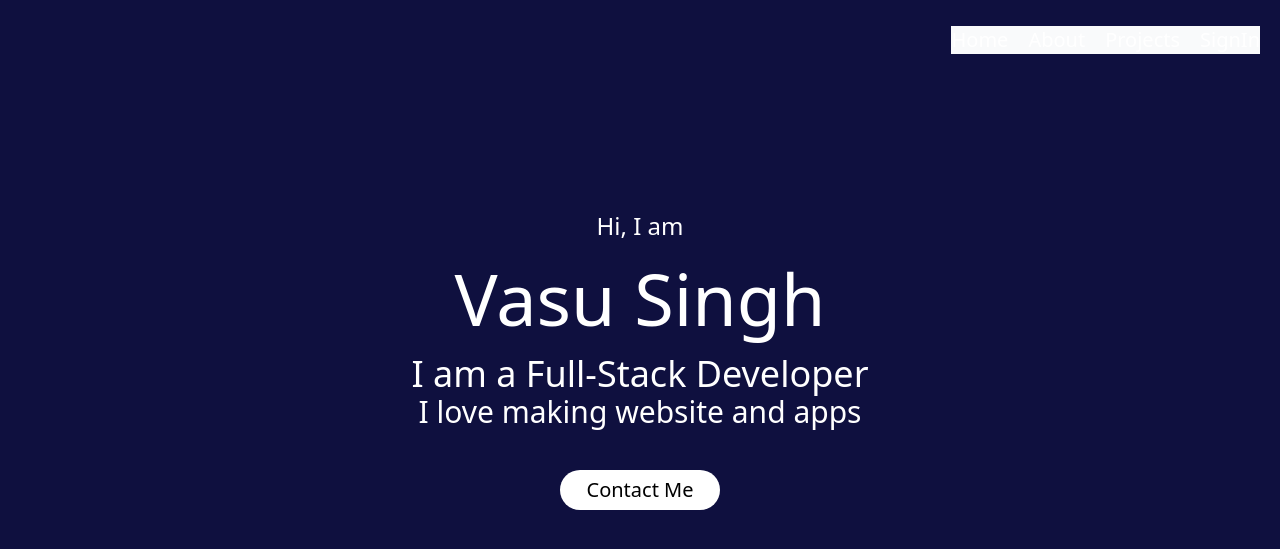
Repository: vasucp1207/vasuDev
Page: /
These files come from the project's save history. The page is drawn as it stood at one moment and after a run of saves; the edit follows.
The browser window is 1280 px wide. The pictures show the whole page.
The project was rebuilt for these pictures with package versions that can differ from the ones it lists, and the page was loaded fresh each time. The framework's server and built-in components were replaced by stand-ins that run in the browser. Also part of the build but not shown: next.config.js.

Above is the page before, as saved 2022-07-17 23:24:55.

### pages/index.tsx
import type { NextPage } from 'next'
import Head from 'next/head'
import Hero from './Hero'
import Navbar from './Navbar'

const Home: NextPage = () => {
  return (
    <div className="p-0 m-0 bg-darkB text-white">
      <Head>
        <title>Create Next App</title>
      </Head>

      <Navbar />
      <Hero />
    </div>
  )
}

export default Home

### pages/Hero.tsx
import React from 'react'

function Hero() {
  return (
    <div className='h-screen bg-darkB'>
        <div className='text-white flex flex-col justify-center items-center h-screen'>
            <p className='text-2xl'>Hi, I am</p>
            <h1 className='mt-5 text-7xl'>Vasu Singh</h1>
            <h3 className='mt-5 text-4xl'>I am a Full-Stack Developer</h3>
            <h4 className='text-3xl'>I love making website and apps</h4>
            <button className='hover:text-white transition-all 200 hover:bg-green-400 mt-10 bg-white text-black h-10 w-40 outline-none rounded-full text-xl'>Contact Me</button>
        </div>
    </div>
  )
}

export default Hero

### pages/Navbar.tsx
import React from 'react'

function Navbar() {
  return (
    <div className='h-20 w-screen absolute bg-transparent flex justify-end items-center group'>
        <div className='flex space-x-5 text-xl font-normal mr-5 group-hover:bg-gray-50'>
            <p className=''>Home</p>
            <p className='group-hover:bg-gray-50'>About</p>
            <p className='group-hover:bg-gray-50'>Projects</p>
            <p className='group-hover:bg-gray-50'>SignIn</p>
        </div>
    </div>
  )
}

export default Navbar

### tailwind.config.js
/** @type {import('tailwindcss').Config} */
module.exports = {
  content: [
    './pages/**/*.{js,ts,jsx,tsx}',
    './components/**/*.{js,ts,jsx,tsx}',
  ],
  theme: {
    extend: {
      colors: {
        darkB: 'rgba(15, 16, 63, 1)'
      }
    },
  },
  plugins: [],
}

Loaded but not shown: pages/_app.tsx (common file); styles/globals.css (common file)

After the next 2 saves:
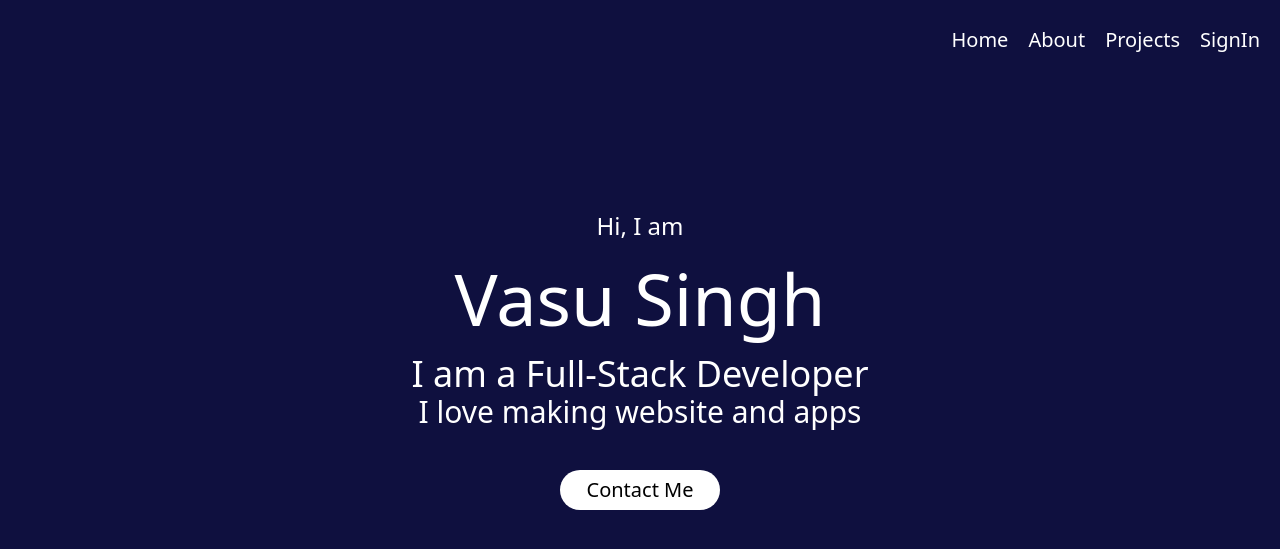
The 2 saves are shown as one change because they came seconds apart.
The last was saved 6 s later.
--- a/pages/Navbar.tsx
+++ b/pages/Navbar.tsx
@@ -2,9 +2,9 @@ import React from 'react'
 
 function Navbar() {
   return (
-    <div className='h-20 w-screen absolute bg-transparent flex justify-end items-center group'>
-        <div className='flex space-x-5 text-xl font-normal mr-5 group-hover:bg-gray-50'>
-            <p className=''>Home</p>
+    <div className='h-20 w-screen absolute bg-transparent flex justify-end items-center'>
+        <div className='flex space-x-5 text-xl font-normal mr-5 '>
+            <p className='group-hover:bg-gray-50'>Home</p>
             <p className='group-hover:bg-gray-50'>About</p>
             <p className='group-hover:bg-gray-50'>Projects</p>
             <p className='group-hover:bg-gray-50'>SignIn</p>
